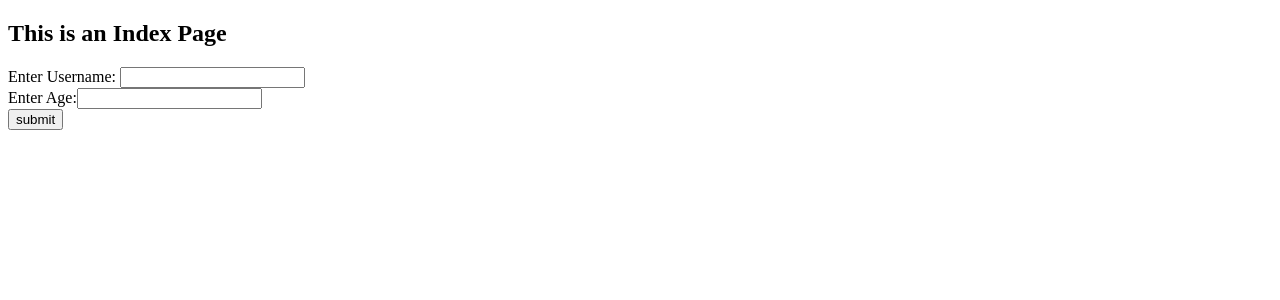
Repository: nikant20/Training
Page: javaee-jsp-demo/WebContent/index.html
These files come from the project's save history. The page is drawn as it stood at one moment and after the next save; the edit follows.
The browser window is 1280 px wide. The pictures show the whole page.

Above is the page before, as saved 2018-09-20 11:21:13.

### javaee-jsp-demo/WebContent/index.html
<!DOCTYPE html>
<html>
<head>
<meta charset="ISO-8859-1">
<title>Insert title here</title>
</head>
<body>
	<h2>This is an Index Page</h2>
	<form action="UserReaderServlet" method="post">
		<label>Enter Username: </label><input type="text" name="un"><br>
		<label>Enter Age:</label><input type="text" name="age"><br>
		<input type="submit" value="submit">
	</form>
</body>
</html>

After the next save:
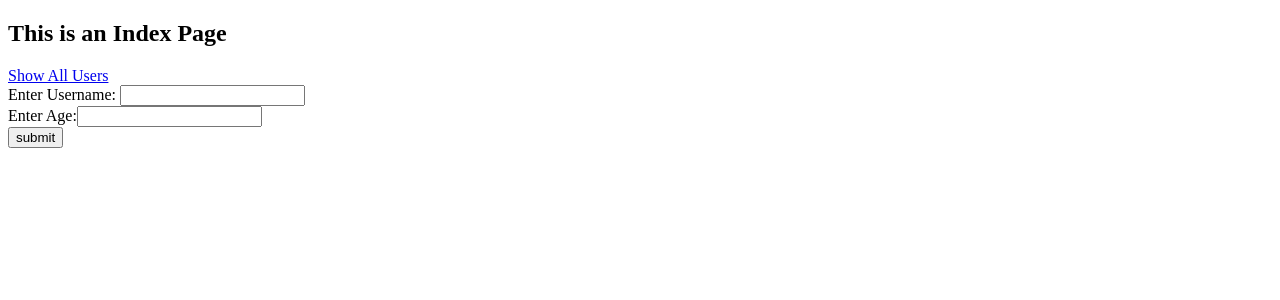
Saved 119 s later.
--- a/javaee-jsp-demo/WebContent/index.html
+++ b/javaee-jsp-demo/WebContent/index.html
@@ -6,6 +6,7 @@
 </head>
 <body>
 	<h2>This is an Index Page</h2>
+	<a href="LearningJSTLServlet">Show All Users</a>
 	<form action="UserReaderServlet" method="post">
 		<label>Enter Username: </label><input type="text" name="un"><br>
 		<label>Enter Age:</label><input type="text" name="age"><br>
